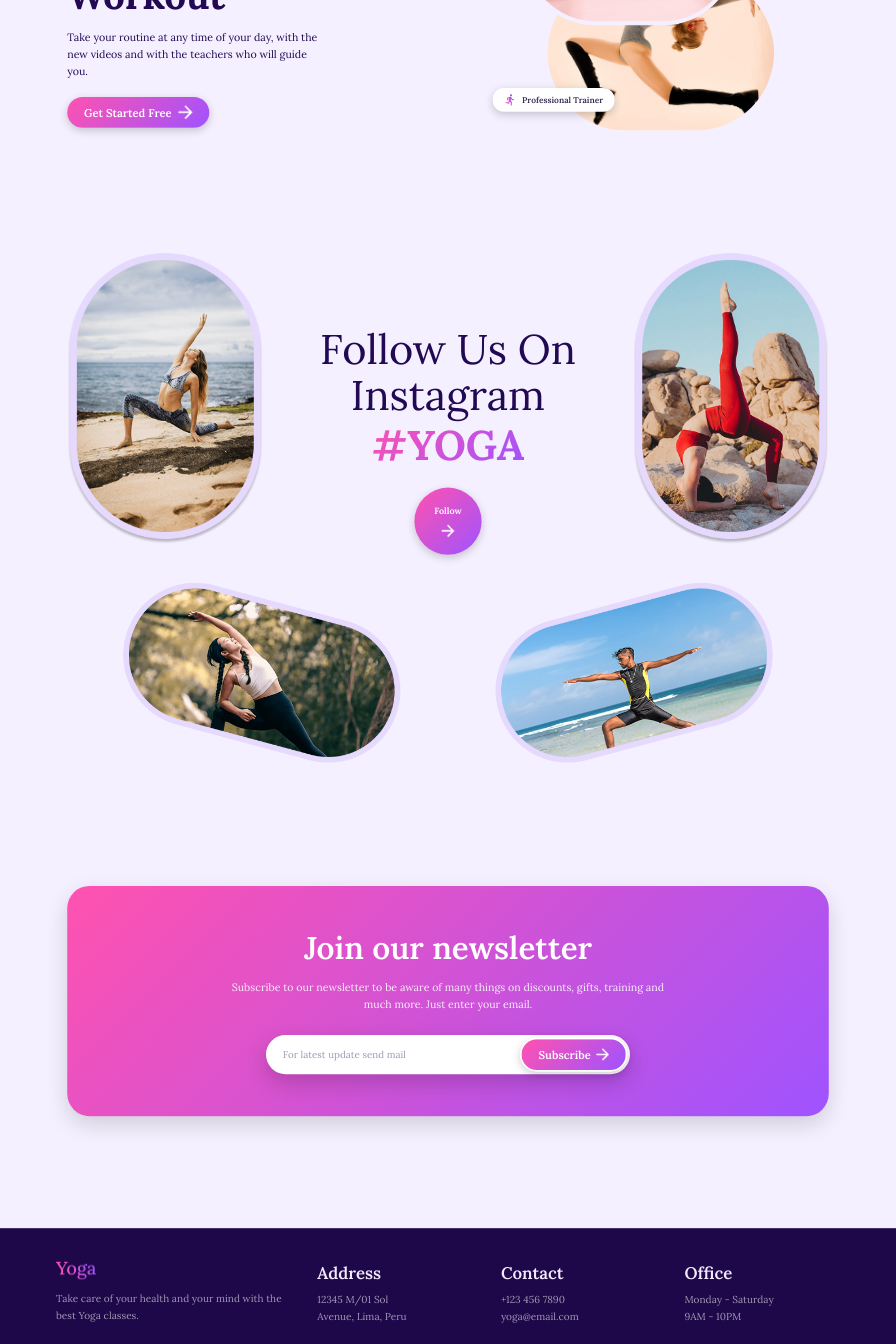
Repository: EunsuhJeon/responsive-yoga-website
Page: index.html
The author's editor kept a copy of each file at every save. The page is drawn from the files as they stood at one save, then again after the next save.
The browser window is 1280 px wide. The pictures show the part of the page from y = 1422 to 3342 px (the page is 3439 px tall), at 70% of full size.

Above is the page before, as saved 2025-11-27 00:47:43.

After the next save:
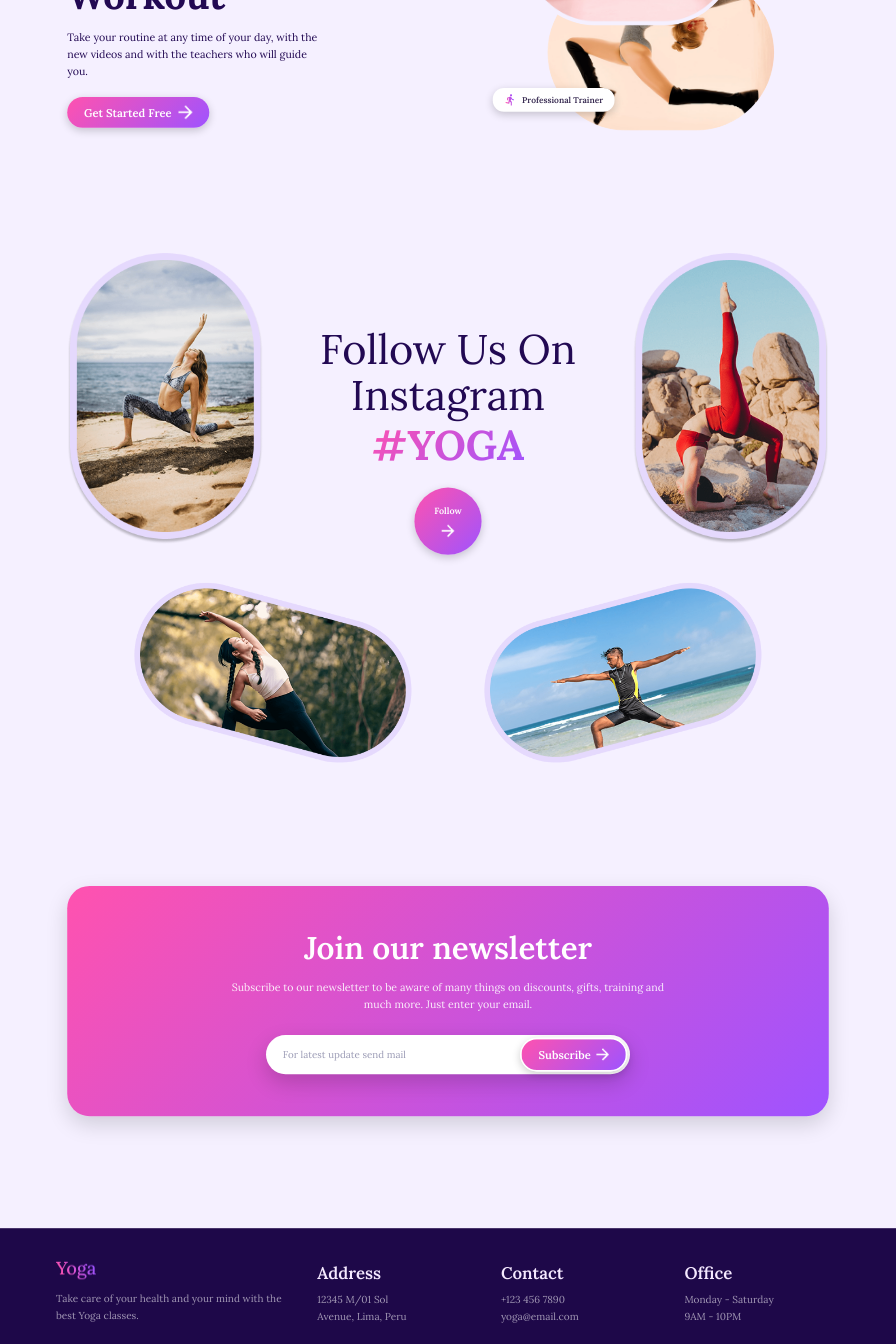
Saved 11 s later.
--- a/main.css
+++ b/main.css
@@ -619,7 +619,7 @@ header a{
   display: flex;
   align-items: center;
   justify-content: center;
-  gap: 32px;
+  gap: 0px;
 }
 
 /* Texto del centro */
